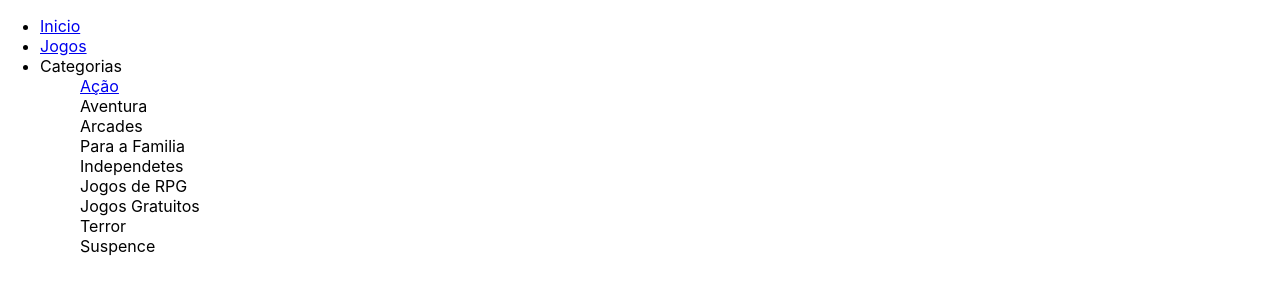
Repository: MarcoantonioCaldeira/Projeto-Go-Gamming
Page: /
An editor plug-in stored every save of this project. The page is shown before and after the next save, followed by the edit.
The browser window is 1280 px wide. The pictures show the whole page.
The project was rebuilt for these pictures with package versions that can differ from the ones it lists, and the page was loaded fresh each time. Also part of the build but not shown: src/pages/Inicio/Inicio.js, src/pages/Jogos/Jogos.js, src/pages/Categorias/Acao.js, src/pages/Categorias/Arcades.js.

Above is the page before, as saved 2022-12-25 23:47:57.

### src/App.js
import ReactDOM from "react-dom/client";
import { BrowserRouter, Routes, Route } from "react-router-dom";
import Menu from "./pages/Menu/Menu";
import Inicio from "./pages/Inicio/Inicio";
import Jogos from "./pages/Jogos/Jogos";
import Acao from "./pages/Categorias/Acao";
import Aventura from "./pages/Categorias/Aventura";
import Arcades from "./pages/Categorias/Arcades";
import Familia from "./pages/Categorias/Familia";
import Independentes from "./pages/Categorias/Independes";
import Jogos_RPG from "./pages/Categorias/Jogos_RPG";
import Gratuitos from "./pages/Categorias/Gratuitos";
import Terror from "./pages/Categorias/Terror";
import Suspence from "./pages/Categorias/Suspence";


function App() {
  return (
   <BrowserRouter>
    <Routes>
      <Route path="/" element={<Menu />}>
        <Route path="Inicio" element={<Inicio />}/>
        <Route path="jogos" element={< Jogos />}/>
          <Route path="Acao" element={<Acao />}/>
          <Route path="Aventura" element={<Aventura />}/>
          <Route path="Arcades" element={<Arcades />}/>
          <Route path="Familia" element={<Familia />}/>
          <Route path="Independentes" element={<Independentes />}/>
          <Route path="Jogos_RPG" element={<Jogos_RPG />}/>
          <Route path="Gratuitos" element={<Gratuitos />}/>
          <Route path="Terror" element={<Terror />}/>
          <Route path="Suspence" element={<Suspence />}/>
      </Route>
    </Routes>
   </BrowserRouter>
  );
}

const root = ReactDOM.createRoot(document.getElementById('root'))
root.render(<App />);
export default App;

### src/pages/Menu/Menu.js
import { Outlet, Link } from "react-router-dom";

const Menu = () => {
  return (
    <>
      <nav>
        <ul>
          <li>
            <Link to="./Inicio">Inicio</Link>
          </li>
          <li>
            <Link to="./Jogos">Jogos</Link>
          </li>
          <li>
            <a>Categorias</a>
              <ul><Link to="./Acao">Ação</Link></ul>
              <ul>Aventura</ul>
              <ul>Arcades</ul>
              <ul>Para a Familia</ul>
              <ul>Independetes</ul>
              <ul>Jogos de RPG</ul>
              <ul>Jogos Gratuitos</ul>
              <ul>Terror</ul>
              <ul>Suspence</ul>
          </li>

        </ul>
      </nav>

      <Outlet />
    </>
  )
};

export default Menu;

Loaded but not shown: public/index.html (common file); src/index.js (common file); src/index.css (common file); src/reportWebVitals.js (common file); src/pages/Categorias/Aventura.js (no stored copy; drawn as an empty file); src/pages/Categorias/Familia.js (no stored copy; drawn as an empty file); src/pages/Categorias/INdependes.js (no stored copy; drawn as an empty file); src/pages/Categorias/Jogos_RPG.js (no stored copy; drawn as an empty file); src/pages/Categorias/Gratuitos.js (no stored copy; drawn as an empty file); src/pages/Categorias/Terror.js (no stored copy; drawn as an empty file); src/pages/Categorias/Suspence.js (no stored copy; drawn as an empty file)

After the next save:
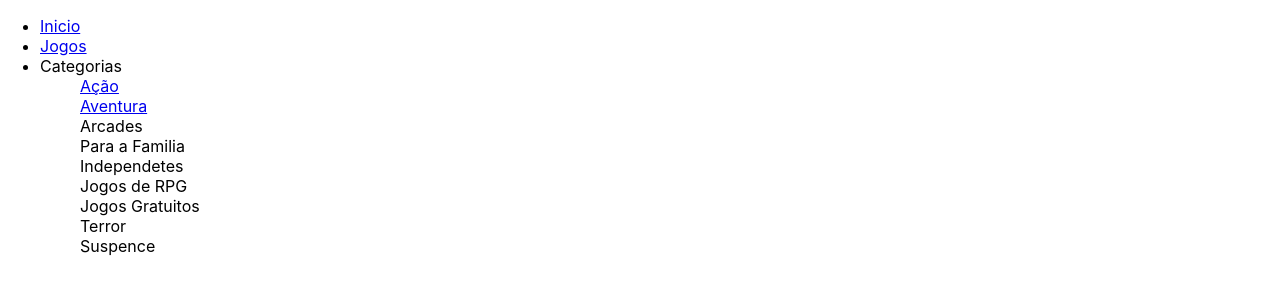
Saved 34 s later.
--- a/src/pages/Menu/Menu.js
+++ b/src/pages/Menu/Menu.js
@@ -14,7 +14,7 @@ const Menu = () => {
           <li>
             <a>Categorias</a>
               <ul><Link to="./Acao">Ação</Link></ul>
-              <ul>Aventura</ul>
+              <ul><Link to="./Aventura">Aventura</Link></ul>
               <ul>Arcades</ul>
               <ul>Para a Familia</ul>
               <ul>Independetes</ul>
